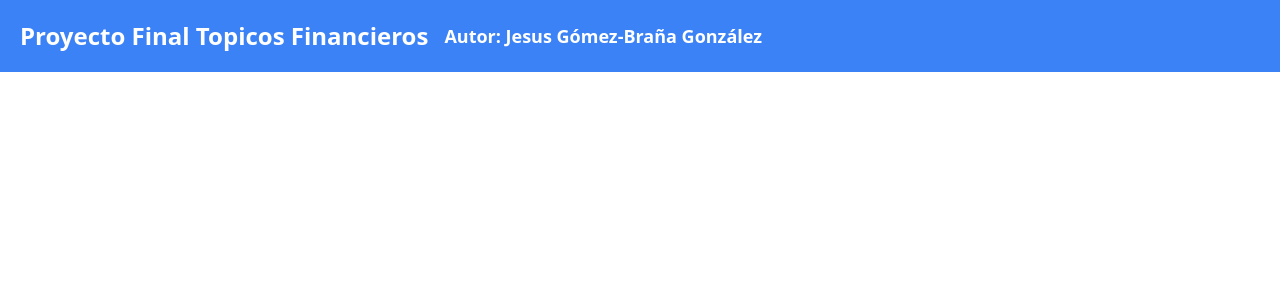
Repository: SistemaACT/Portafolio
Page: /
An editor plug-in stored every save of this project. The page is shown before and after the next save, followed by the edit.
The browser window is 1280 px wide. The pictures show the whole page.
The project was rebuilt for these pictures with package versions that can differ from the ones it lists, and the page was loaded fresh each time. The framework's server and built-in components were replaced by stand-ins that run in the browser. Also part of the build but not shown: svelte.config.js, vite.config.ts.

Above is the page before, as saved 2024-07-06 23:59:14.

### src/routes/+page.svelte
<div class="w-full bg-blue-500 text-white p-5 text-2xl font-bold flex items-center  space-x-4 ">
    <h1>
        Proyecto Final Topicos Financieros
    </h1>
    <p class="text-lg">Autor: Jesus Gómez-Braña González</p>

</div>

Loaded but not shown: src/app.html (common file); src/routes/+layout.svelte (common file); src/app.css (common file); tailwind.config.js (common file)

After the next save:
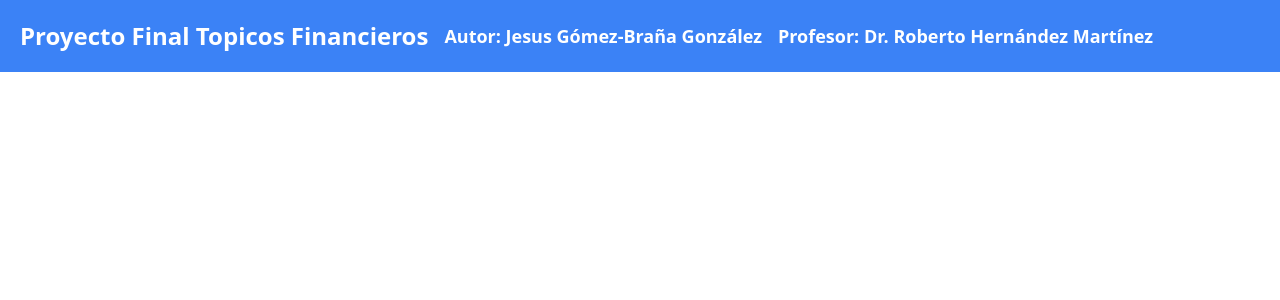
Saved 78 s later.
--- a/src/routes/+page.svelte
+++ b/src/routes/+page.svelte
@@ -3,5 +3,6 @@
         Proyecto Final Topicos Financieros
     </h1>
     <p class="text-lg">Autor: Jesus Gómez-Braña González</p>
+    <p class="text-lg">Profesor: Dr. Roberto Hernández Martínez</p>
 
 </div>
